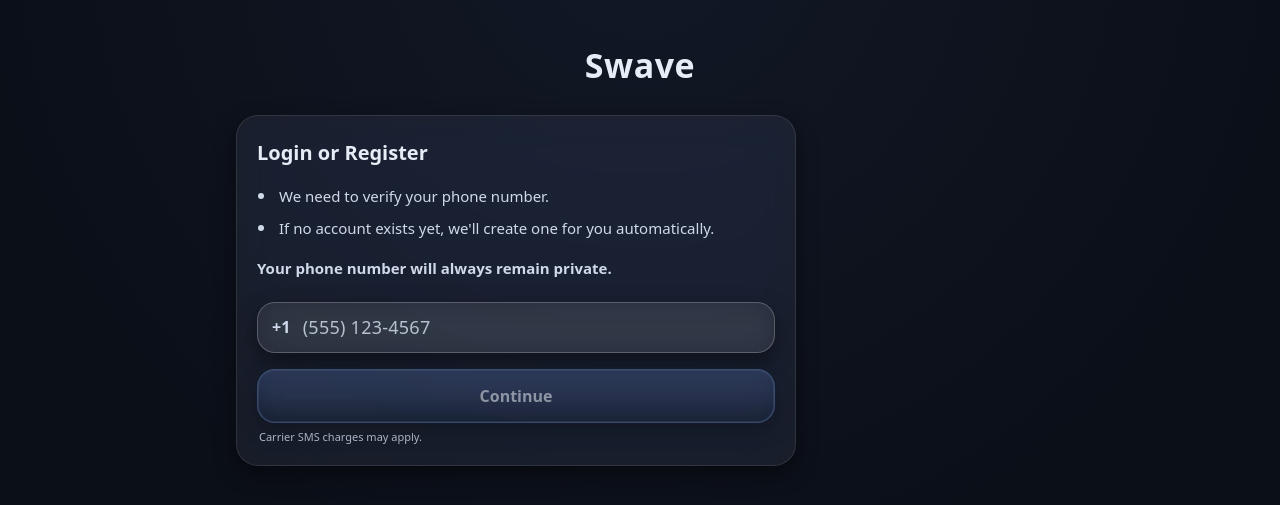
Repository: swave-schiff/Swave-new-mockup
Page: /
An editor plug-in stored every save of this project. The page is shown before and after a run of saves, followed by the edit.
The browser window is 1280 px wide. The pictures show the whole page.
The project was rebuilt for these pictures with package versions that can differ from the ones it lists, and the page was loaded fresh each time. Also part of the build but not shown: src/CodeEntryScreen.jsx, src/UsernameEntryScreen.jsx, src/RegistrationScreen.jsx, src/components/GlassRowCard.jsx, src/ConnectionsScreen.jsx, src/MessagesScreen.jsx, src/ConversationScreen.jsx, src/ConnectionDetailScreen.jsx and 6 more.

Above is the page before, as saved 2026-01-05 15:34:36.

After the next 2 saves:
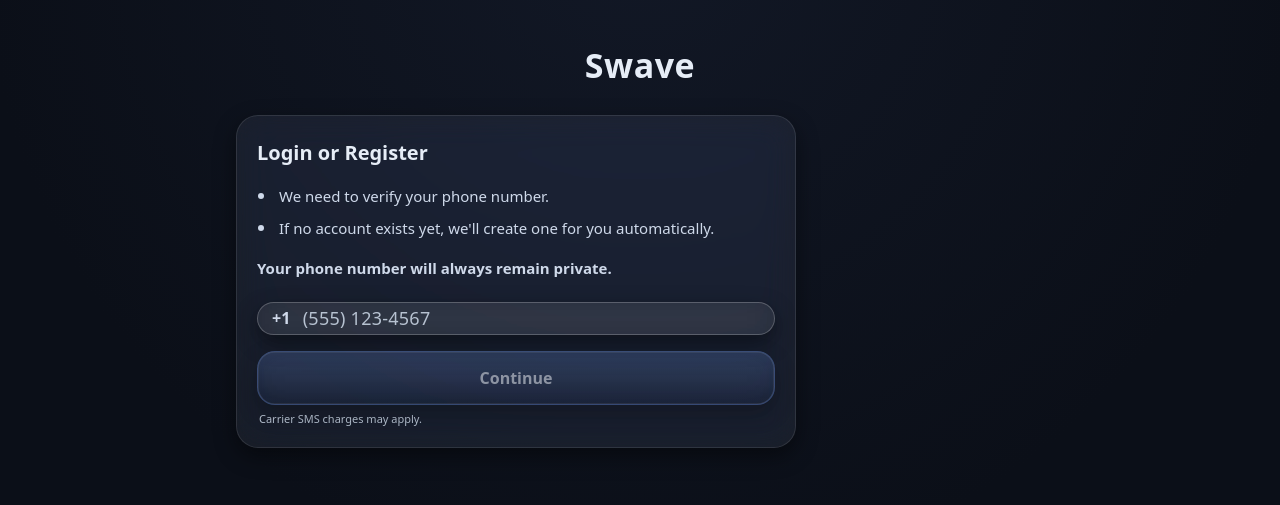
The 2 saves are shown as one change because they came seconds apart.
The last was saved 5 s later.
--- a/src/styles.css
+++ b/src/styles.css
@@ -477,7 +477,7 @@
   letter-spacing: 0.2px;
 }
 .auth-field--tight {
-  gap: 1px;3
+  gap: 1px;
 }
 .feedback-field {
   gap: 14px;
@@ -601,7 +601,7 @@
   align-items: center;
   gap: 10px;
   width: 100%;
-  padding: 10px 14px;
+  padding: 1px 14px;
   border-radius: var(--radius-18);
   background: var(--glass-surface);
   border: 1px solid var(--glass-border-strong);

After the 4 saves that followed:
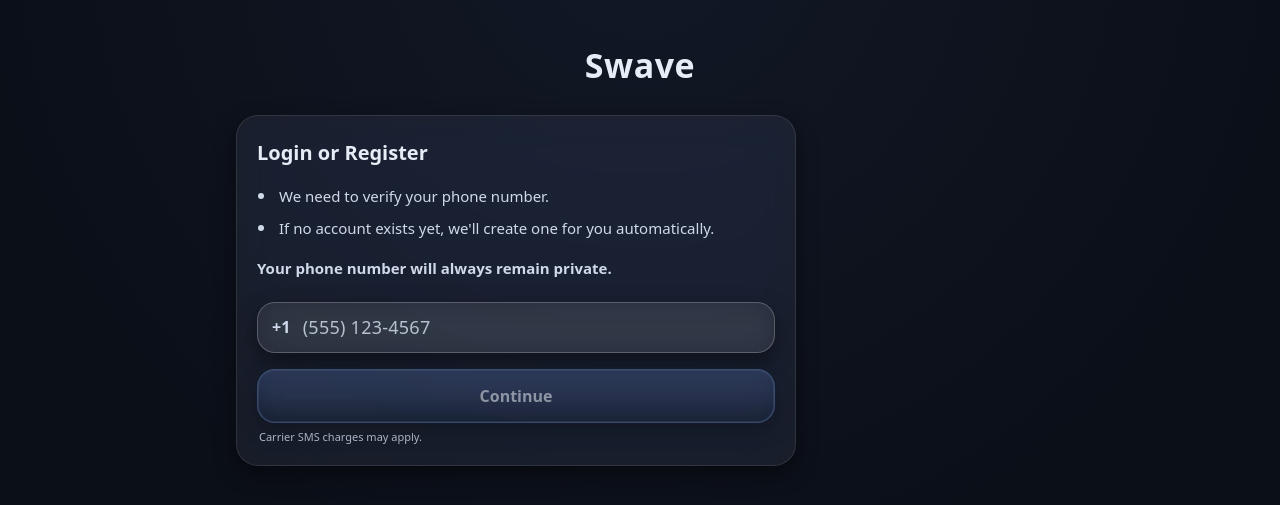
The 4 saves are shown as one change because 2 left the picture as it was and some came seconds apart.
The last was saved 110 s later.
--- a/src/styles.css
+++ b/src/styles.css
@@ -477,7 +477,7 @@
   letter-spacing: 0.2px;
 }
 .auth-field--tight {
-  gap: 1px;
+  gap: 8px;
 }
 .feedback-field {
   gap: 14px;
@@ -601,7 +601,7 @@
   align-items: center;
   gap: 10px;
   width: 100%;
-  padding: 1px 14px;
+  padding: 10px 14px;
   border-radius: var(--radius-18);
   background: var(--glass-surface);
   border: 1px solid var(--glass-border-strong);
